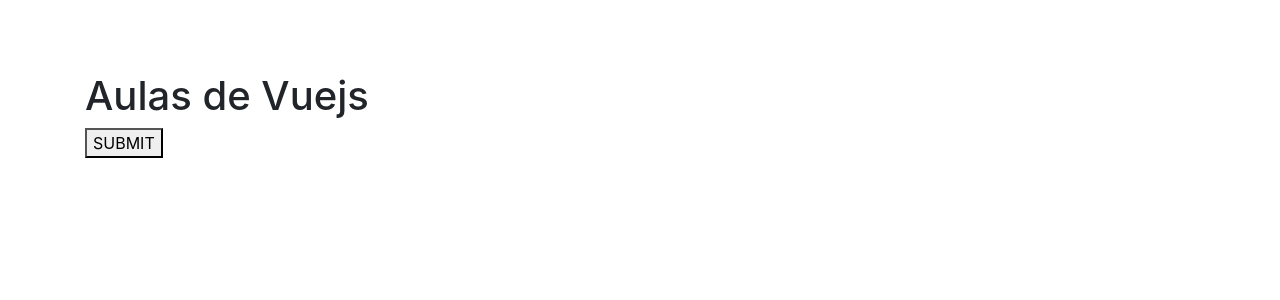
Repository: wolwerr/VueJs-Ninja
Page: Aula-17.html
The author's editor kept a copy of each file at every save. The page is drawn from the files as they stood at one save, then again after the next save.
The browser window is 1280 px wide. The pictures show the whole page.

Above is the page before, as saved 2021-10-27 12:58:45.

After the next save:
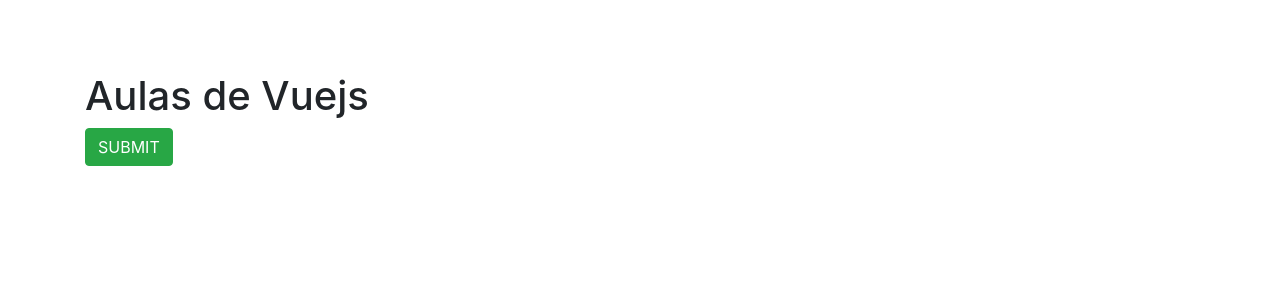
Saved 43 s later.
--- a/Aula-17.html
+++ b/Aula-17.html
@@ -15,7 +15,7 @@
         <div class="container">
         <h1>{{ titulo }}</h1>
 
-        <button @click.stop.prevent="getUsers()">SUBMIT</button>
+        <button @click.stop.prevent="getUsers()" class="btn btn-success">SUBMIT</button>
     </div>
     </div>
 
